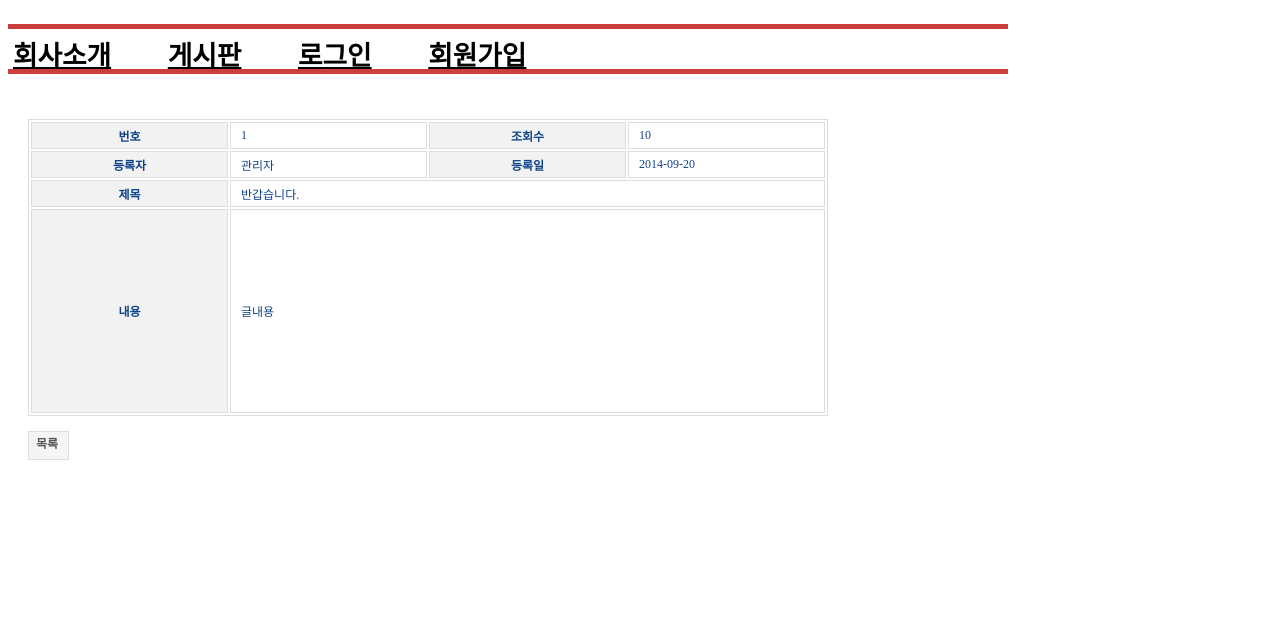
Repository: asaf0813/aisw
Page: java/이클립스/workspace/html/htmltest/WebContent/board/view.html
The author's editor kept a copy of each file at every save. The page is drawn from the files as they stood at one save, then again after the next save.
The browser window is 1280 px wide. The pictures show the part of the page from y = 158 to 777 px (the page is 777 px tall).

Above is the page before, as saved 2019-10-03 07:20:21.

### java/이클립스/workspace/html/htmltest/WebContent/board/view.html
<!doctype html>
<html lang="en">
	<head>
		<meta charset="UTF-8">
		<meta name="Generator" content="EditPlus®">
		<meta name="Author" content="">
		<meta name="Keywords" content="">
		<meta name="Description" content="">
		<title>view</title>
		<link href="./view.css" rel="stylesheet" type="text/css" >
	</head>
	<body>

		<div class="header">
			<a href="../main.html">
			<img width="100%" height="150" src = "http://www.postech.ac.kr/wp-content/themes/postech/images/imgs/signature4.png", alt="" ></a>
		<div>
			<p style="margin-top:20px"></p>
		</div>

		<div class="topnavi_ds">
			<div class="topnavi">
				<a href="../intro/intro.html">회사소개</a> <a href="../board/list.html">게시판</a> <a href="../member/login.html">로그인</a> <a href="../member/join.html">회원가입</a>
			</div>
		</div>

		<div class="divide"/>

		<div class="body">

			<div class="modify_user" >
				<table>
					<tr>
						<th width="15%" height="23" nowrap>번호</th>
						<td width="15%">1</td>
						<th width="15%" height="23" nowrap >조회수</th>
						<td width="15%">10</td>
					</tr>
					<tr>
						<th width="15%" height="23">등록자</th>
						<td width="15%">관리자</td>
						<th width="15%">등록일</th>
						<td width="15%">2014-09-20</td>
					</tr>
					<tr>
						<th width="15%" height="23" nowrap >제목</th>
						<td width="15%" colspan="3">반갑습니다.</td>
					</tr>
					<tr>
						<th width="15%" height="23">내용</th>
						<td width="15%" colspan="3" height="200">글내용</td>
					</tr>
				</table>
			</div>
			<br />
			<div class="buttons">
				<a href="./list.html">목록</a>
			</div>

		</div>

	</body>
</html>

### java/이클립스/workspace/html/htmltest/WebContent/board/view.css
.header a:hover{color:red;}
.header a{color:blue;}

.header{
	width:1000px;
	height:50px;
	float:left;
	font-size: 9pt;
}

.topnavi_ds{
	width:100%;
	height:5px;
	background-color:#CC3D3D;
	float:left;
}
.topnavi a:hover{color:green;}
.topnavi a{color:#000000;}

.topnavi{
	width:1000px; height:30px;
	float:left;
	margin-top:10px;
	margin-left:5px;
	font-size: 20pt;
	font-weight: bold;
	word-spacing:50px;
}

.divide{
	width:100%;
	height:5px;
	float:left;
	margin-top: 25px;
	background-color:#CC3D3D;
	margin-top:40px;
}

.body{
	font-size: 9pt;
	margin-top:50px;
	margin-left:20px;
	width:1000px;
	height:500px;
	float:left;
}




.modify_user table{
	clear:both; width:800px;
	border: 1px solid #dddddd;
    overflow: hidden;
    white-space: nowrap;
}

.modify_user table th {
	background-color:#f2f2f2;
	border:1px solid #dddddd;
    color:#0f438a;
}

.modify_user table td{
	background-color:#ffffff;
	border:1px solid #dddddd;
    color:#0f438a;
    padding-left:10px;
}


/* btn */
.buttons a, .buttons button{

    display:block;
    float:left;
    margin:0 7px 0 0;
    background-color:#f5f5f5;
    border:1px solid #dddddd;
    font-size:9pt;
    line-height:130%;
    text-decoration:none;
    font-weight:bold;
    color:#565656;
    cursor:pointer;
    padding:5px 10px 6px 7px; /* Links */
}

.buttons a:hover{color:#4786AD;}

After the next save:
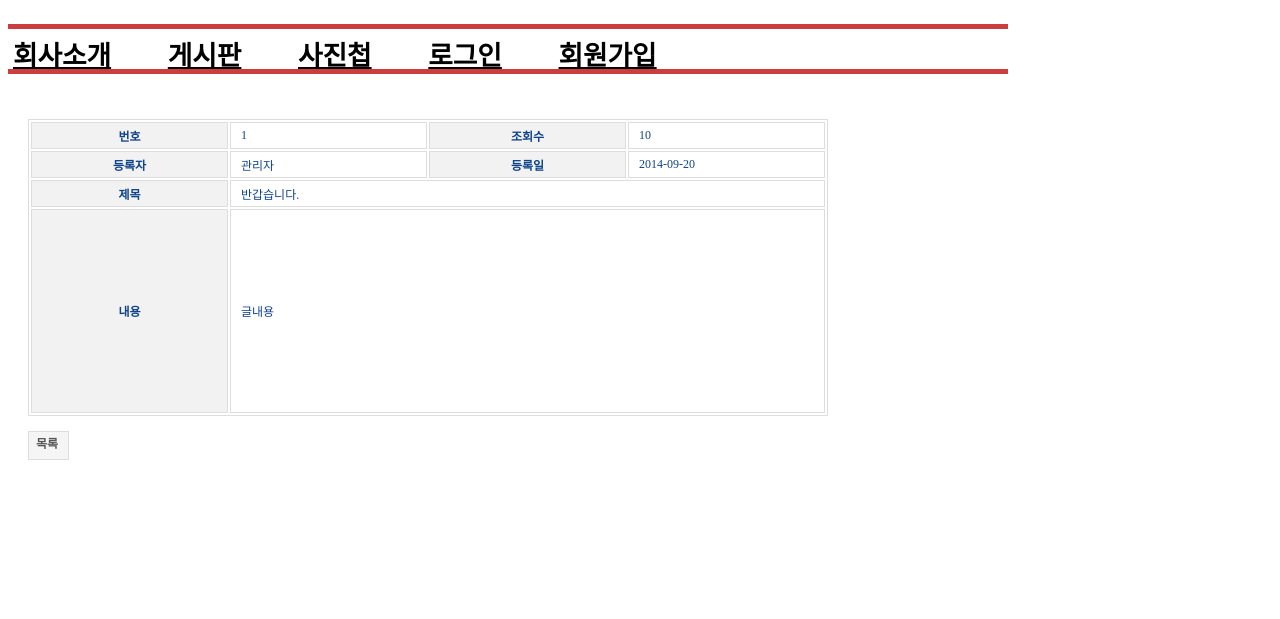
Saved 77 s later.
--- a/java/이클립스/workspace/html/htmltest/WebContent/board/view.html
+++ b/java/이클립스/workspace/html/htmltest/WebContent/board/view.html
@@ -20,7 +20,7 @@
 
 		<div class="topnavi_ds">
 			<div class="topnavi">
-				<a href="../intro/intro.html">회사소개</a> <a href="../board/list.html">게시판</a> <a href="../member/login.html">로그인</a> <a href="../member/join.html">회원가입</a>
+				<a href="./intro/intro.html">회사소개</a> <a href="./board/list.html">게시판</a> <a href="./picture/list.html">사진첩</a> <a href="./member/login.html">로그인</a> <a href="./member/join.html">회원가입</a>
 			</div>
 		</div>
 
